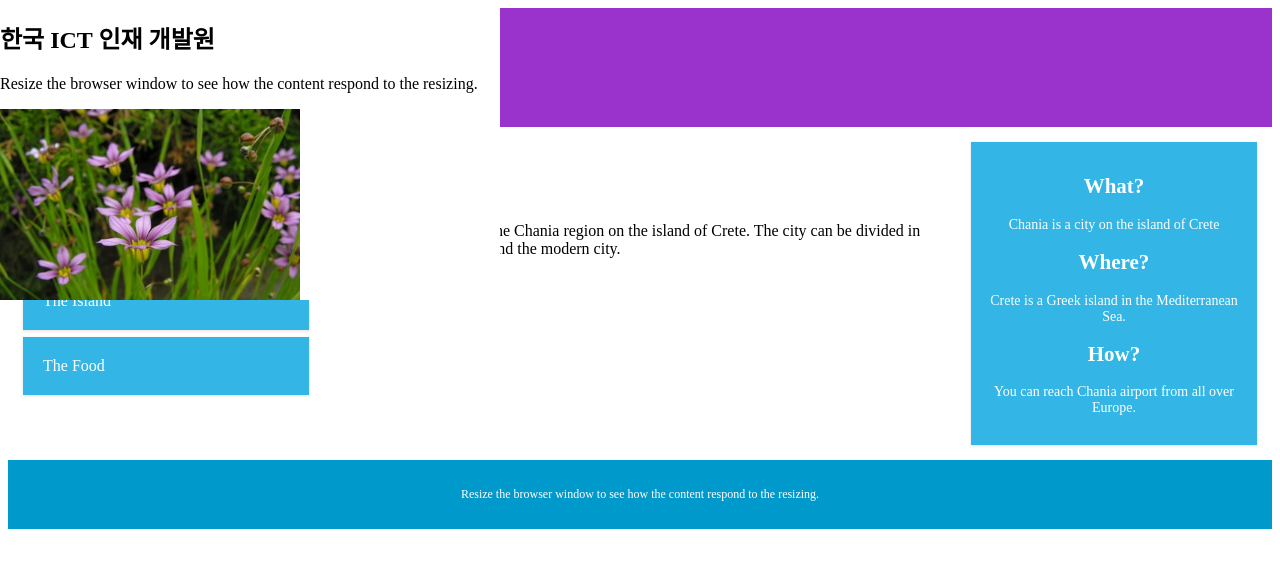
Repository: ady0099/webstudy
Page: 03_javascript/src/main/webapp/day02/ex18_event.html
These files come from the project's save history. The page is drawn as it stood at one moment and after the next save; the edit follows.
The browser window is 1280 px wide. The pictures show the whole page.

Above is the page before, as saved 2023-06-28 08:05:36.

### 03_javascript/src/main/webapp/day02/ex18_event.html
<!DOCTYPE html>
<html>
	<head>
		<meta charset="UTF-8">
		<title>반응협 웹 페이지</title>
		<style>
			*{
				box-sizing: border-box;
			}
			.header{
				background-color: #9933cc;
				color:white;
				padding:15px;
			}
			/* ::after => 요소의 콘텐츠 끝부분에 생성된 콘텐츠를 추가한다. */
			/* ::before => 요소의 콘텐츠 시작부분에 생성된 콘텐츠를 추가한다. */
			/* content:""; => */
			.row::after{
				content: "";
				display: block;
				clear: both;
			}
			.footer{
				/* clear:both; */ /* float: left 해제 */
				clear:both;
				background-color: #0099cc;
				color:white;
				text-align: center;
				font-size:12px;
				padding:15px;
			}
			.menu ul{
				list-style-type: none;
				margin:0;
				padding:0;
			}
			.menu li{
				padding:20px;
				margin-bottom:7px;
				background-color: #33b5e5;
				color:white;
				box-shadow: 0 1px 3px rgba(0,0,0,0.12);
			}
			.menu li:hover{
				background-color: #0099cc;
			}
			[class*="col-"]{
				float:left;
				padding:15px;
			}
			.aside{
				background-color: #33b5e5;
				padding:15px;
				color:white;
				text-align: center;
				font-size: 14px;
				box-shadow: 0 1px 3px rgba(0,0,0,0.12);
			}
			.col-1{width:8.33%;}
			.col-2{width:16.66%;}
			.col-3{width:25%;}
			.col-4{width:33.33%;}
			.col-5{width:41.66%;}
			.col-6{width:50%;}
			.col-7{width:58.33%;}
			.col-8{width:66.66%;}
			.col-9{width:75%;}
			.col-10{width:83.33%;}
			.col-11{width:91.66%;}
			.col-12{width:100%;}

			@media only screen and (max-width:760px){
				[class*="col-"]{
				  width: 100%;
			   }
			}
			div#popup{
				width: 500px;
				height: 300px;
				position: fixed;
				top:0;
				left:0;
				overflow: hidden;
				background-color: white;
			 }
		</style>

	</head>
	<body>
		<div class="header">
			<h1>한국 ICT 인재 개발원</h1>
		</div>
		<div class="row">
			<div class="col-3 menu">
				<ul>
					<li>The Flight</li>
					<li>The City</li>
					<li>The Island</li>
					<li>The Food</li>
				</ul>
			</div>
			<div class="col-6">
				<h1>The City</h1>
				<p>Chania is the capital of the Chania region on the island of Crete.
				The city can be divided in two parts, the old town and the modern city.</p>
			</div>
			<div class="col-3 right">
				<div class="aside">
					<h2>What?</h2>
					<p>Chania is a city on the island of Crete</p>
					<h2>Where?</h2>
					<p>Crete is a Greek island in the Mediterranean Sea.</p>
					<h2>How?</h2>
					<p>You can reach Chania airport from all over Europe.</p>
				</div>
			</div>
			<div class="footer">
				<p>Resize the browser window to see how the content respond to the resizing.</p>
			</div>
			<div id="popup">
				<h2>한국 ICT 인재 개발원</h2>
				<p>Resize the browser window to see how the content respond to the resizing.</p>

				<img alt="" src="../images/flower.jpg" width="300px">
				<div><a href="#" onclick="closed()">닫기</a></div>
			</div>
		</div>
	</body>
	<script type="text/javascript">
		function closed(){

		}
	</script>
</html>

After the next save:
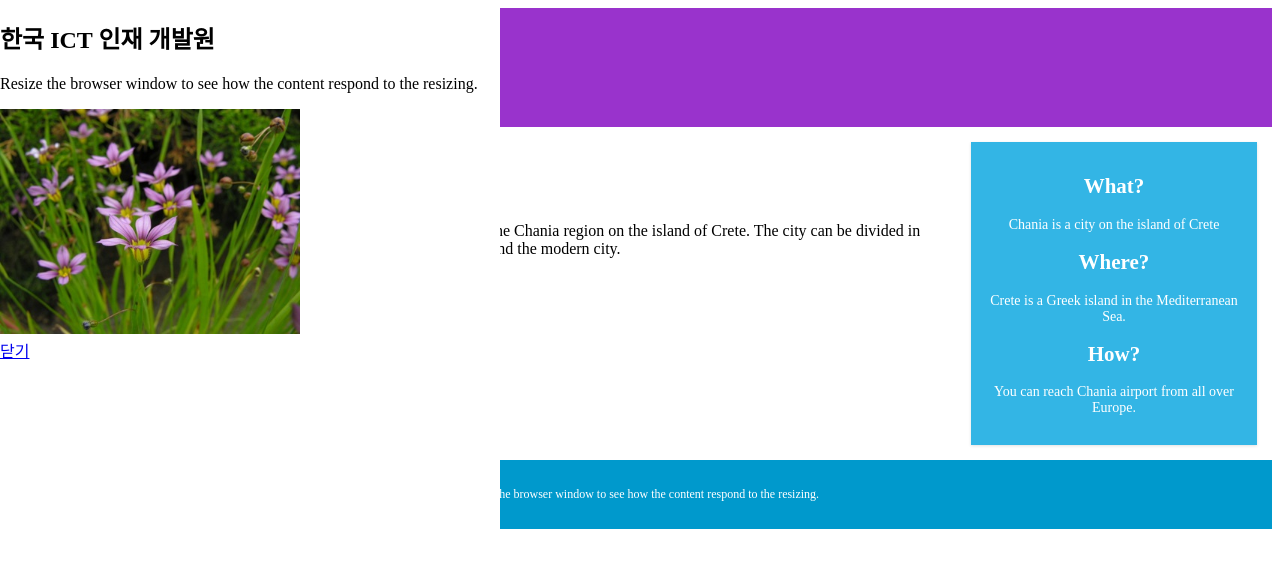
Saved 19 s later.
--- a/03_javascript/src/main/webapp/day02/ex18_event.html
+++ b/03_javascript/src/main/webapp/day02/ex18_event.html
@@ -76,7 +76,7 @@
 			}
 			div#popup{
 				width: 500px;
-				height: 300px;
+				height: 800px;
 				position: fixed;
 				top:0;
 				left:0;
